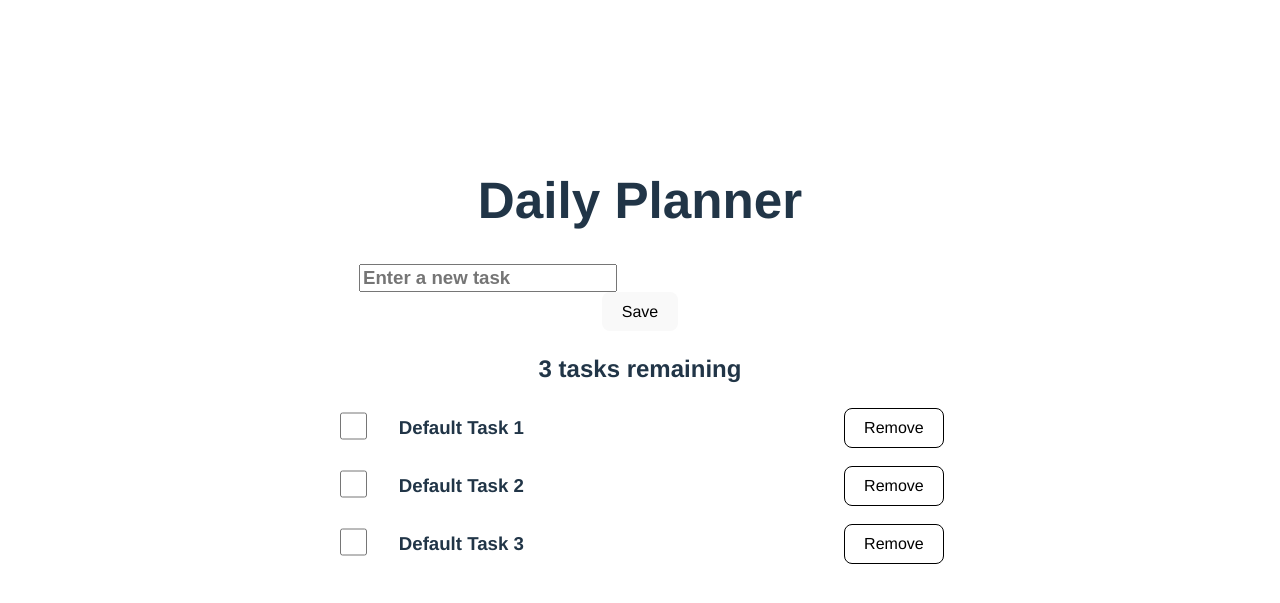
Repository: MonicaNguyenH/Frontend_Assignment6
Page: / (app in react/)
The author's editor kept a copy of each file at every save. The page is drawn from the files as they stood at one save, then again after the next save.
The browser window is 1280 px wide. The pictures show the whole page.
The project was rebuilt for these pictures with package versions that can differ from the ones it lists, and the page was loaded fresh each time. Also part of the build but not shown: react/vite.config.js.

Above is the page before, as saved 2024-10-11 00:21:42.

### react/src/App.jsx
// import { useState } from 'react'
import { useState } from 'react';
import './App.css'
import Task from './components/Task'
import TaskForm from './components/TaskForm';

function App() {
  const [task, setTask] = useState([
    { id: 1, name: "Default Task 1", completed: false },
    { id: 2, name: "Default Task 2", completed: false },
    { id: 3, name: "Default Task 3", completed: false }
  ]);

  const addTask = (newTask) => {
    setTask([...task, {...newTask, completed: false}]); // add task incompleted by default
  };

  const toggleComplete = (taskId) => {
    const updatedTasks = task.map(task =>
      task.id === taskId ? { ...task, completed: !task.completed } : task // toggle task completed status
    );
    setTask(updatedTasks); // update the state with the new task list
  };

  // count remaining task
  const remainingTask = task.filter(task => !task.completed).length;

  return (
    <>
      <div>
        <h1>Daily Planner</h1>
        <div>
          <TaskForm addTask={addTask} /> {/* Pass addTask to TaskForm */}
          <h2>{remainingTask} task{remainingTask !== 1 ? 's' : ''} remaining</h2> {/* count remaining (more than 1 have 's') */}
          {task.map((task) => (
            <Task
              key={task.id}
              name={task.name}
              completed={task.completed}
              toggleComplete={toggleComplete}
            />
          ))}
        </div>
      </div>
    </>
  )
}

export default App

### react/src/App.css
#root {
  max-width: 1280px;
  margin: 0 auto;
  padding: 2rem;
  text-align: center;

  font-family: Helvetica, sans-serif;
}

.task {
  display: flex;
  flex-direction: row;
  align-items: center;
  margin: 1em;

  width: 100%;
  min-width: 10rem;
}

#checkbox {
  margin-right: 1rem;
  width: 2em;
  height: 2rem;
  accent-color: pink;
}

#task-name {
  margin: 0 20rem 0 1rem;
  font-weight: bold;
  font-size: 14pt;
}

.task-delete {
  border: 1px solid black;
  background-color: white;
  border-radius: 15;
  cursor: pointer;
}

.task-delete:hover {
  border: 1px solid pink;
}

### react/src/components/Task.jsx
import { useState, useEffect, useRef } from "react";

export default function Task({name, toggleComplete, id, completed}){

    // check box section
    // Ref for the checkbox and task name elements
    const checkboxRef = useRef(null);
    const taskNameRef = useRef(null);

    useEffect(() => {
        const checkbox = checkboxRef.current;
        const crossText = taskNameRef.current;

        if (checkbox&&crossText) {
            const handleCheckBoxChange = () => {
                toggleComplete(id); // call toggleComplete function passed from the parent to update task completion status
                if(checkbox.checked) {
                    crossText.style.textDecoration = "line-through";
                } else {
                    crossText.style.textDecoration = "none";
                }
            };

            checkbox.addEventListener("change", handleCheckBoxChange);

            // cleanup listener
            return () => {
                checkbox.removeEventListener("change", handleCheckBoxChange);
            };

        }
    }, [toggleComplete, id]);

    // remove button section
    const [visible, setVisible] = useState(true);
    const removeTask = () => {
        setVisible(false);
    };

    if (!visible) {
        return null;
    }

    return (
        <>
            <div className="task">
                <label htmlFor="checkbox">
                    <input
                        type="checkbox"
                        id="checkbox"
                        ref={checkboxRef}
                        defaultChecked={completed} // current taks status based on completion
                    />
                </label>
                <p id="task-name" ref={taskNameRef}>{name}</p>
                <button
                    className="task-delete"
                    onClick={removeTask}>
                        Remove
                </button>
            </div>

        </>
    );
}

### react/src/components/TaskForm.jsx
import { useState } from "react";
import { nanoid } from 'nanoid';

// const taskTemplate = {
//     name: 'new task'
// };

export default function TaskForm({addTask}) {
    const [taskName, setTaskName] = useState(''); // state for the task input
    const [editing, setEditing] = useState(false); // editing task

    // form submission
    const handleSubmit = (e) => {
        e.preventDefault(); // the form submission will be handled by JavaScript instead of triggering a page refresh
        if (taskName.trim()) { // checks if the taskName (the text the user entered) is not an empty string after trimming whitespace
            addTask({
                id: nanoid(),
                name: taskName
            });
            setTaskName(''); // clear the input field
            //setEditing(false); // close the form after saving
        }
    }

    return (
        <>
            <form onSubmit={handleSubmit}>
                <div className="formContainer">
                    <input
                        id="task-name"
                        name="task-name"
                        type="text"
                        value={taskName}
                        onChange={(e) => setTaskName(e.target.value)}
                        placeholder="Enter a new task"
                    />
                </div>
                <div className="btn-group">
                    <button type="submit" className="btn-save">Save</button>
                </div>
            </form>
        </>
    )
}

Loaded but not shown: react/index.html (common file); react/src/main.jsx (common file); react/src/index.css (common file)

After the next save:
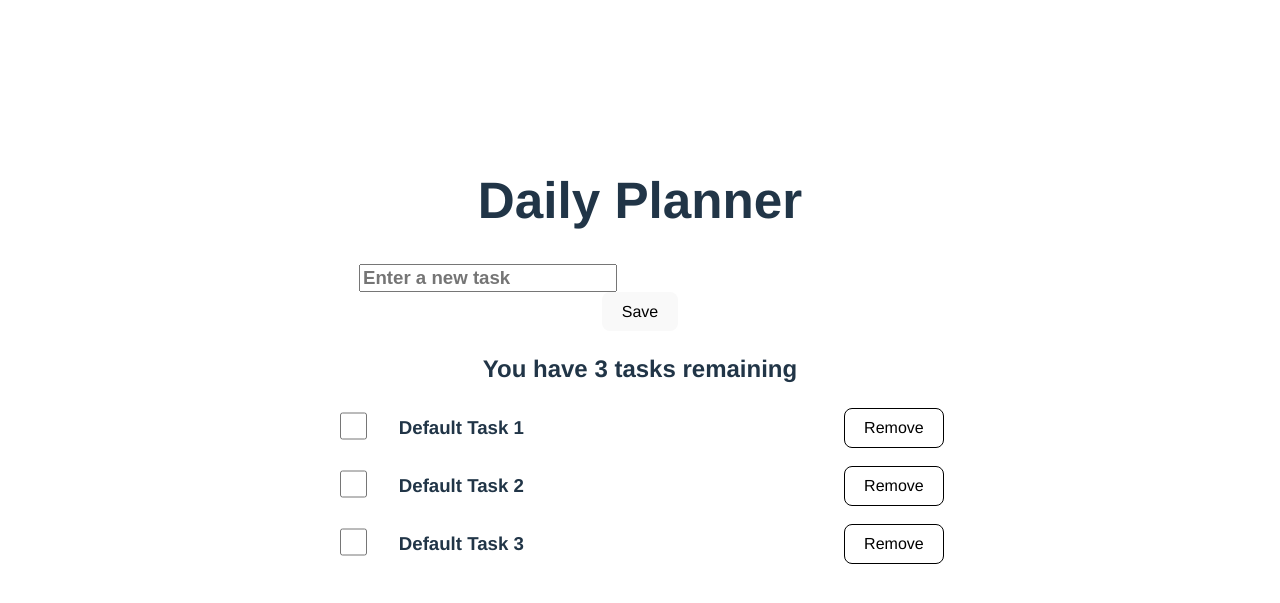
Saved 28 s later.
--- a/react/src/App.jsx
+++ b/react/src/App.jsx
@@ -31,7 +31,7 @@ function App() {
         <h1>Daily Planner</h1>
         <div>
           <TaskForm addTask={addTask} /> {/* Pass addTask to TaskForm */}
-          <h2>{remainingTask} task{remainingTask !== 1 ? 's' : ''} remaining</h2> {/* count remaining (more than 1 have 's') */}
+          <h2>You have {remainingTask} task{remainingTask !== 1 ? 's' : ''} remaining</h2> {/* count remaining (more than 1 have 's') */}
           {task.map((task) => (
             <Task
               key={task.id}
